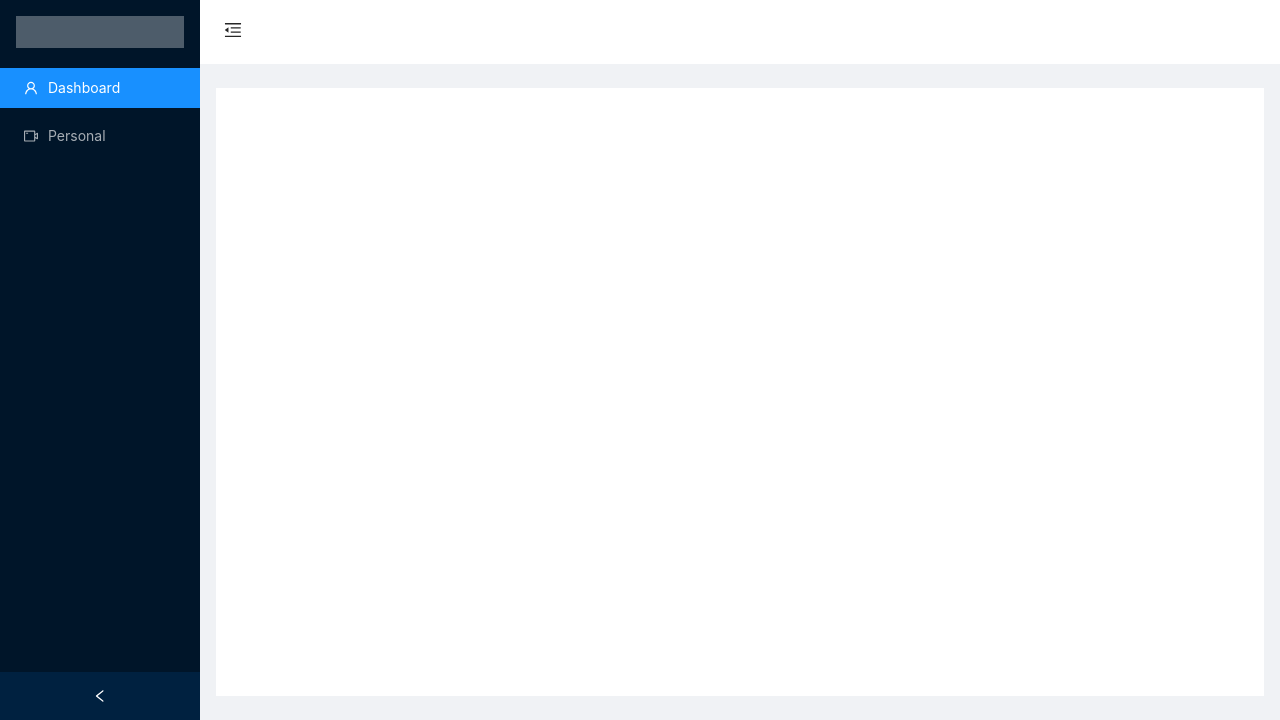
Repository: DallenCat/react-test
Page: /
An editor plug-in stored every save of this project. The page is shown before and after the next save, followed by the edit.
The browser window is 1280 px wide. The pictures show the whole page.
The project was rebuilt for these pictures with package versions that can differ from the ones it lists, and the page was loaded fresh each time. Also part of the build but not shown: src/containers/dashboard/index.js, src/containers/personal/index.js.

Above is the page before, as saved 2021-10-28 10:02:04.

### src/index.js
/*
 * @Descripttion:
 * @version:
 * @Author: dal
 * @Date: 2021-10-26 17:14:54
 * @LastEditors: dal
 * @LastEditTime: 2021-10-27 16:56:47
 */
import React from 'react';
import ReactDOM from 'react-dom';
import './index.css';
import App from './App';
import reportWebVitals from './reportWebVitals';

ReactDOM.render(
  <App />,
  document.getElementById('root')
);

// If you want to start measuring performance in your app, pass a function
// to log results (for example: reportWebVitals(console.log))
// or send to an analytics endpoint. Learn more: https://bit.ly/CRA-vitals
reportWebVitals();

### src/App.js

import './App.css';
import Routes from './routes';
import { BrowserRouter as Router, Switch, Route } from 'react-router-dom';
import SiderDemo from "@/components/layout/index.js"
import { Component } from 'react';
class App extends Component {
  render() {
    let LayoutRouter = (props) => {
      return (
        <SiderDemo>
          <Routes />
        </SiderDemo>
      )
    }
    return (
      <Router>
        <Switch>
          <Route path="/" component={LayoutRouter} />
        </Switch>
      </Router>
    )
  }

}
// render(<Router routes={routes} />, document.body)
export default App;

### src/App.css
@import '~antd/dist/antd.css';

.App {
  text-align: center;
}

.App-logo {
  height: 40vmin;
  pointer-events: none;
}

@media (prefers-reduced-motion: no-preference) {
  .App-logo {
    animation: App-logo-spin infinite 20s linear;
  }
}

.App-header {
  background-color: #282c34;
  min-height: 100vh;
  display: flex;
  flex-direction: column;
  align-items: center;
  justify-content: center;
  font-size: calc(10px + 2vmin);
  color: white;
}

.App-link {
  color: #61dafb;
}

@keyframes App-logo-spin {
  from {
    transform: rotate(0deg);
  }

  to {
    transform: rotate(360deg);
  }
}

### src/routes/index.js
/*
 * @Descripttion:
 * @version:
 * @Author: dal
 * @Date: 2021-10-26 17:34:53
 * @LastEditors: dal
 * @LastEditTime: 2021-10-27 15:55:38
 */
import Dashboard from "@/containers/dashboard"
import Personal from "@/containers/personal"
import { Route, Switch, withRouter } from 'react-router-dom';

const routes = () => {
  return (
    <Switch>
      <Route exact path={"/dashboard"} component={Dashboard} />
      <Route exact path={"/personal"} component={Personal} />

    </Switch>
  )
}
export default withRouter(routes)

### src/components/layout/index.js
/*
 * @Descripttion:
 * @version:
 * @Author: dal
 * @Date: 2021-10-27 09:54:26
 * @LastEditors: dal
 * @LastEditTime: 2021-10-27 16:53:47
 */
import React from "react"
import { Layout } from 'antd';
// 首先我们需要导入一些组件...
import "./index.css"
import {
  MenuUnfoldOutlined,
  MenuFoldOutlined
} from '@ant-design/icons';
import Sider from "./sider"
const { Header, Content } = Layout;

class SiderDemo extends React.Component {

  state = {
    collapsed: false,
  };

  toggle = () => {
    this.setState({
      collapsed: !this.state.collapsed,
    });
  };
  // 组件挂载
  componentDidMount() {
    console.log(this.props);
  }
  render() {

    return (
      <Layout id="components-layout-demo-custom-trigger">
        <Sider collapsed={this.state.collapsed}></Sider>
        <Layout className="site-layout">
          <Header className="site-layout-background">
            {React.createElement(this.state.collapsed ? MenuUnfoldOutlined : MenuFoldOutlined, {
              className: 'trigger',
              onClick: this.toggle,
            })}
          </Header>
          <Content
            className="site-layout-background"
            style={{
              margin: '24px 16px',
              padding: 24,
              minHeight: 280,
            }}
          >
            {this.props.children || "Welcome to your Inbox"}
          </Content>
        </Layout>
      </Layout>
    );
  }
}

export default SiderDemo;

### src/components/layout/index.css
.ant-layout {
  height: 100vh;
}

.ant-layout-header {
  text-align: left;
  padding: 0;
}

#components-layout-demo-custom-trigger .trigger {
  padding: 0 24px;
  font-size: 18px;
  line-height: 64px;
  cursor: pointer;
  transition: color 0.3s;
}

#components-layout-demo-custom-trigger .trigger:hover {
  color: #1890ff;
}

#components-layout-demo-custom-trigger .logo {
  height: 32px;
  margin: 16px;
  background: rgba(255, 255, 255, 0.3);
}

.site-layout .site-layout-background {
  background: #fff;
}

### src/components/layout/sider/index.js
/*
 * @Descripttion:
 * @version:
 * @Author: dal
 * @Date: 2021-10-27 16:13:09
 * @LastEditors: dal
 * @LastEditTime: 2021-10-27 17:31:32
 */
import { Layout } from 'antd';
import { Component } from 'react';
import Menu from "./menu"
import Logo from "./logo"
const { Sider } = Layout;
class SIDER extends Component {
  constructor(props) {
    super(props)
  }
  render() {
    let { collapsed } = this.props
    return (
      <Sider collapsible collapsed={collapsed}>
        <Logo></Logo>
        <Menu></Menu>
      </Sider>
    )
  }
}
export default SIDER

### src/components/layout/sider/menu.js
/*
 * @Descripttion:
 * @version:
 * @Author: dal
 * @Date: 2021-10-27 16:12:40
 * @LastEditors: dal
 * @LastEditTime: 2021-10-28 10:02:04
 */
import { Menu } from "antd"
import { Component } from "react";
import { Link } from "react-router-dom"
import {
  UserOutlined,
  VideoCameraOutlined
} from '@ant-design/icons';
class MENU extends Component {
  constructor(props) {
    super(props)
    this.state = {
      selectedKeys: ['1'],
      routes: []
    }
  }
  componentDidMount() {
    fetch('./mock/routes.json').then(res => {
      console.log(res)
      if (res.ok) {
        res.json().then(data => {
          console.log(data)
          this.setState({
            routes: data
          })
          console.log(this.state.routes)
        })
      }
    })
  }
  render(h) {
    return (
      <Menu theme="dark" mode="inline" defaultSelectedKeys={this.state.selectedKeys}>
        <Menu.Item key="1" icon={<UserOutlined />}>
          <Link to="dashboard">Dashboard </Link>
        </Menu.Item>
        <Menu.Item key="2" icon={<VideoCameraOutlined />}>
          <Link to="personal">Personal </Link>
        </Menu.Item>
      </Menu>

    )
  }
}
export default MENU

### src/components/layout/sider/logo.js
/*
 * @Descripttion: 侧边栏logo组件
 * @version:
 * @Author: dal
 * @Date: 2021-10-27 17:00:57
 * @LastEditors: dal
 * @LastEditTime: 2021-10-27 17:00:57
 */
import { Component } from "react";

class LOGO extends Component {
  render(h) {
    return (
      <div className="logo"></div>
    )
  }
}
export default LOGO

### public/mock/routes.json
[
  {
    "id":"1",
    "key":"Dashboard",
    "path":"/dashboard",
    "title":"首页",
    "children":[],
    "icon":"UserOutlined",
    "component":"/containers/dashboard"
  },
  {
    "id":"2",
    "key":"Personal",
    "path":"/personal",
    "title":"首页",
    "children":[],
    "icon":"VideoCameraOutlined",
    "component":"/containers/personal"
  }
]

Loaded but not shown: public/index.html (common file); src/index.css (common file); src/reportWebVitals.js (common file)

After the next save:
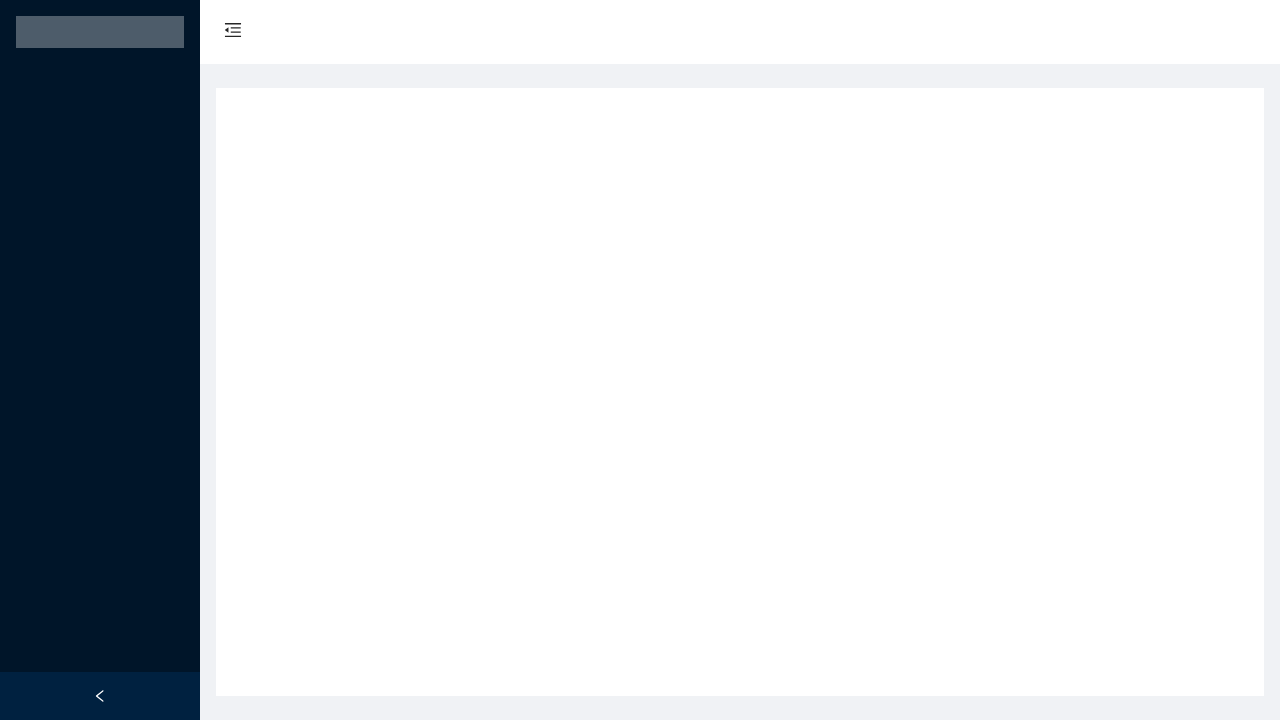
Saved 99 s later.
--- a/src/components/layout/sider/menu.js
+++ b/src/components/layout/sider/menu.js
@@ -4,7 +4,7 @@
  * @Author: dal
  * @Date: 2021-10-27 16:12:40
  * @LastEditors: dal
- * @LastEditTime: 2021-10-28 10:02:04
+ * @LastEditTime: 2021-10-28 10:03:43
  */
 import { Menu } from "antd"
 import { Component } from "react";
@@ -38,12 +38,11 @@ class MENU extends Component {
   render(h) {
     return (
       <Menu theme="dark" mode="inline" defaultSelectedKeys={this.state.selectedKeys}>
-        <Menu.Item key="1" icon={<UserOutlined />}>
-          <Link to="dashboard">Dashboard </Link>
-        </Menu.Item>
-        <Menu.Item key="2" icon={<VideoCameraOutlined />}>
-          <Link to="personal">Personal </Link>
-        </Menu.Item>
+        {this.state.routes.forEach(v => {
+          <Menu.Item key={v.key} icon={`<${v.icon} />`}>
+            <Link to={v.path}>{v.title} </Link>
+          </Menu.Item>
+        })}
       </Menu>
 
     )
